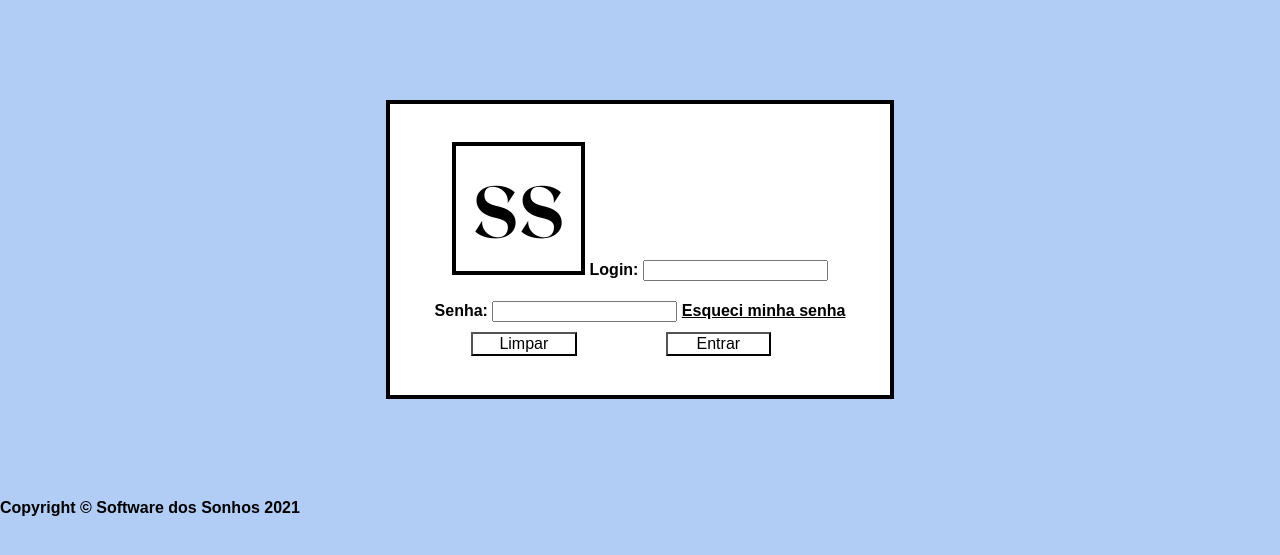
Repository: FaculdadeSenaiJoinville/PiMichelBaade
Page: ProjetoIndividual/WebContent/WEB-INF/index.html
These files come from the project's save history. The page is drawn as it stood at one moment and after the next save; the edit follows.
The browser window is 1280 px wide. The pictures show the whole page.

Above is the page before, as saved 2021-08-13 00:30:25.

### ProjetoIndividual/WebContent/WEB-INF/index.html
<!DOCTYPE html>
<html>
<head>
	<meta charset="UTF-8">
	<meta name="description" content="Site da Software dos Sonhos">
	<meta name="keywords" content="Padaria, Software, Sonhos">
	<meta name="author" content="Michel Baade">
	<meta name="viewport" content="width=device-width, initial-scale=1.0">
	<script
  src="https://code.jquery.com/jquery-3.6.0.min.js"
  integrity="sha256-/xUj+3OJU5yExlq6GSYGSHk7tPXikynS7ogEvDej/m4="
  crossorigin="anonymous"></script>
	<title>Software dos Sonhos</title>
	<link rel="stylesheet" type="text/css" href="css/site.css">
</head>
<body>
	<form name="frmlogin" method="post" action="#">
		<div id="logo"><img src="imgs/logo.png" alt="Logo da Software dos Sonhos" >

		<label for="login" class="login">Login: </label>
		<input type="text" name="txtlogin" id="login" class="login">
		<label for="senha" class="login">Senha: </label>
		<input type="password" name="txtsenha" id="senha" class="login">
		<a class="login">Esqueci minha senha</a></div>
		<button type="reset">Limpar</button>
		<button type="reset">Entrar</button>
	</form>
	<footer>Copyright &copy; Software dos Sonhos 2021</footer>
</body>
</html>

### ProjetoIndividual/WebContent/css/site.css
@charset "UTF-8";

body{
	width: 100%;
	margin: 0 auto;
	font-family: "Century Gothic", sans-serif;
	height: 100%;
	font-weight: bold;
	background-color: #b1ccf5;
}
img{
	border:4px solid #000;
	height: 125px;
	width: 125px;
}
form{
	border:4px solid #000;
	width: 33%;
	margin: 100px auto;
	height: 33%;
	padding: 3%;
	background-color: #FFF;
}
#logo{
	text-align: center;
}
#camposlogin{
	margin: 15px;
}
div{
	text-align: center;
}
a{
	text-decoration: underline;
}
button {
	width: 25%;
	font-size: 16px;
	margin: 0 10%;
	background-color: #FFF;
}

input{
	margin: 10px auto;
}

nav{
	clear: both;
	width: 80%;
	margin: 0px auto;
	height: 55px;
}
nav a{
	color: white;
	text-decoration: none;
	text-align: center;
}
nav .opcao{
	float: left;
	width: 33%;
	background-color: #FFF;
	padding: 10px 0;
	margin: 0 1%;
	font-size: 26px;
}
nav .opcao:hover{
	background-color: #83afd3;
}

After the next save:
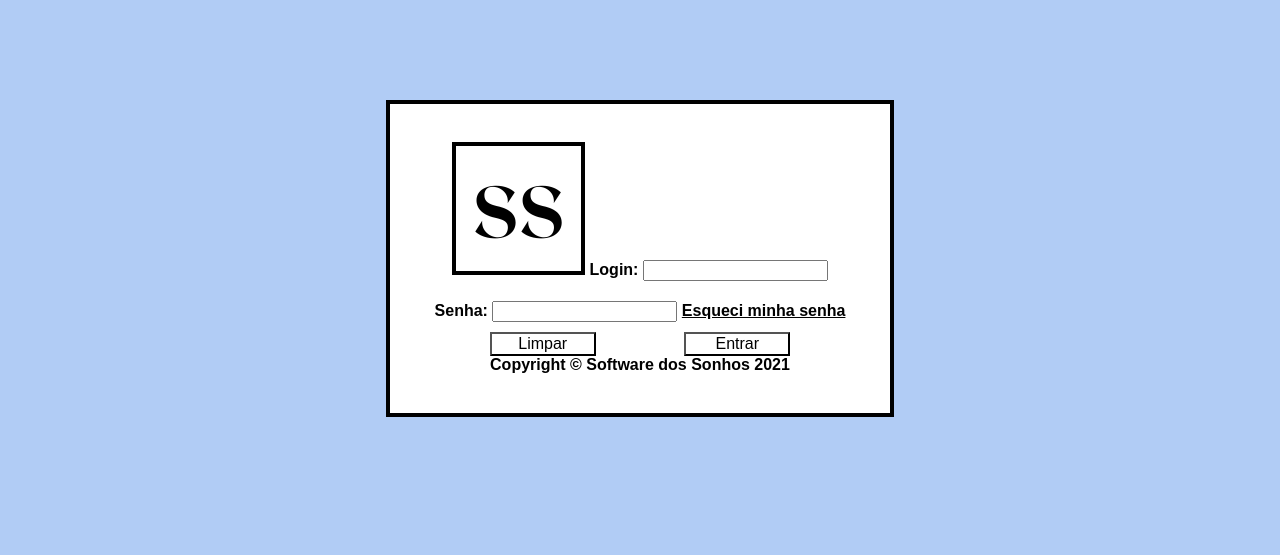
Saved 3 min 38 s later.
--- a/ProjetoIndividual/WebContent/WEB-INF/index.html
+++ b/ProjetoIndividual/WebContent/WEB-INF/index.html
@@ -17,11 +17,11 @@
 	<form name="frmlogin" method="post" action="#">
 		<div id="logo"><img src="imgs/logo.png" alt="Logo da Software dos Sonhos" >
 
-		<label for="login" class="login">Login: </label>
-		<input type="text" name="txtlogin" id="login" class="login">
-		<label for="senha" class="login">Senha: </label>
-		<input type="password" name="txtsenha" id="senha" class="login">
-		<a class="login">Esqueci minha senha</a></div>
+		<label for="login">Login: </label>
+		<input type="text" name="txtlogin" id="login">
+		<label for="senha">Senha: </label>
+		<input type="password" name="txtsenha" id="senha">
+		<a>Esqueci minha senha</a>
 		<button type="reset">Limpar</button>
 		<button type="reset">Entrar</button>
 	</form>
